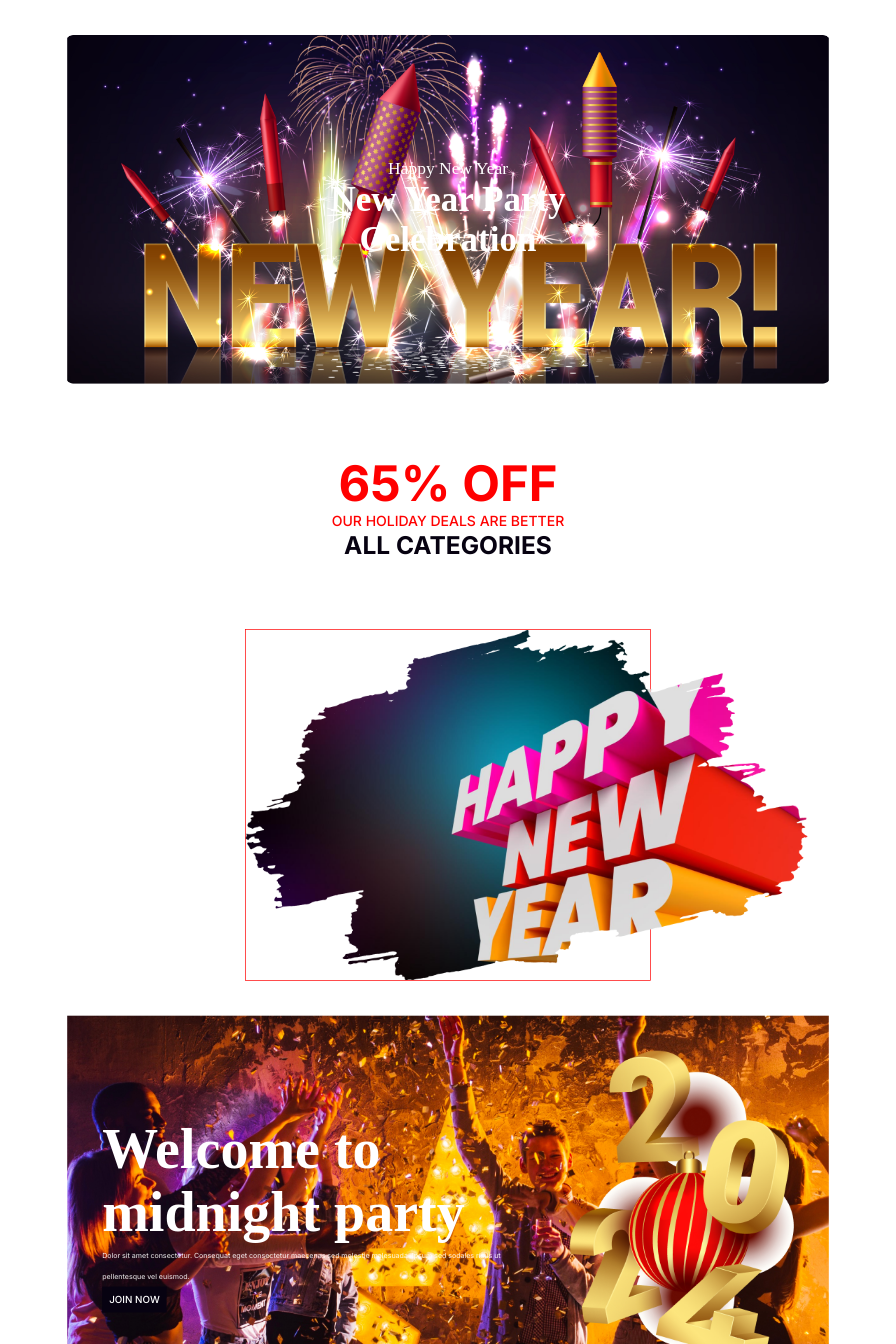
Repository: sumonkumarsarkar/new-year-2024
Page: index.html
The author's editor kept a copy of each file at every save. The page is drawn from the files as they stood at one save, then again after the next save.
The browser window is 1280 px wide. The pictures show the part of the page from y = 0 to 1920 px (the page is 5504 px tall before and 5164 px after), at 70% of full size.

Above is the page before, as saved 2024-01-08 17:53:35.

### index.html
<!DOCTYPE html>
<html lang="en">
  <head>
    <meta charset="UTF-8" />
    <meta name="viewport" content="width=device-width, initial-scale=1.0" />
    <title>Happy Nwe Year-2024</title>
    <link rel="preconnect" href="https://fonts.googleapis.com" />
    <link rel="preconnect" href="https://fonts.gstatic.com" crossorigin />
    <link
      href="https://fonts.googleapis.com/css2?family=Inter:wght@100;200;300;500;600;700&display=swap"
      rel="stylesheet"
    />

    <link rel="stylesheet" href="https://cdnjs.cloudflare.com/ajax/libs/font-awesome/6.5.1/css/all.min.css" integrity="sha512-DTOQO9RWCH3ppGqcWaEA1BIZOC6xxalwEsw9c2QQeAIftl+Vegovlnee1c9QX4TctnWMn13TZye+giMm8e2LwA==" crossorigin="anonymous" referrerpolicy="no-referrer" />
    <link rel="stylesheet" href="/style.css" />
  </head>
  <body>
    <!-- banner-section start  -->
    <header>
      <div class="container banner">
        <div class="heading-text">
          <h4>Happy New Year</h4>
          <h3>New Year Party Celebration</h3>
        </div>
      </div>
    </header>
    <!-- banner-section end  -->

    <!-- holiday deal start  -->
    <section id="holiday-deal">
      <div class="container-holiday">
        <div class="holiday-text">
          <h2>65% OFF</h2>
          <p>OUR HOLIDAY DEALS ARE BETTER</p>
          <h4>ALL CATEGORIES</h4>
        </div>
        <div class="holiday-img">
          <img src="./image/New Year Photo.png" alt="" />
        </div>
      </div>
    </section>
    <!-- holiday deal end  -->

    <section id="midnight-section">
      <div class="container midnight-banner">
        <div class="midnight-content">
          <div class="midnight-text">
            <h3>Welcome to midnight party</h3>
            <p>
              Dolor sit amet consectetur. Consequat eget consectetur maecenas
              sed molestie malesuada. Ipsum sed sodales risus ut pellentesque
              vel euismod.
            </p>
            <button type="button">JOIN NOW</button>
          </div>
          <div class="midmight-img">
            <img src="./image/Group 70.png" alt="" />
          </div>
        </div>
      </div>
    </section>

     <!-- park hotel start  -->
<section id="park-hotel">
    <div class="container park-hotel-text">
     <p>Place: New Park Hotel</p>
     <p>Date: 31 December Night 2023</p>
     <p>Time: Evening 7.30 pm to 12.30 am</p>
     <button class="park-hotel-button" type="button">JOIN NOW</button>
    </div>
</section>
 <!-- park hotel end  -->


 <!-- best offer start  -->
 <section id="best-offer">
    <div class="container best-banner">
        <div class="best-offer-text">
            <div class="offer-text">
                <h5>NEW BEST OFFER</h5>
                <h4>Coming Soon</h4>
                <p>Dolor sit amet consectetur. Consequat eget consectetur maecenas sed molestie malesuada. Ipsum sed sodales risus ut pellentesque vel euismod. </p>
            </div>
            <div class="offer-img">
                <img src="./image/Ellipse 1.png" alt="">
            </div>
            <div class="offer-text-img">
                <h3>2024</h3>
                <p>Dolor sit amet consectetur. Consequat eget consectetur maecenas sed.</p>
                <img src="./image/Group 96.png" alt="">
            </div>

        </div>
    </div>
 </section>

 <!-- best offer end  -->

 <!-- holiday best offer start  -->

 <section id="holiday-offer">
    <div class="container">
        <div class="holiday-offer-text">
            <h5>WHAT IS FUNCTIONAL</h5>
            <h3><span>Holidays</span> Sale 50%</h3>
            <p>Dolor sit amet consectetur. Consequat eget consectetur maecenas sed
                molestie malesuada. Ipsum sed sodales risus ut pellentesque vel euismod. Eleifend nunc purus quam id fermentum amet amet sit consectetur.</p>
        </div>

        <div class="holiday-img">
            <div class="div1">
                <img src="./image/Group 44.png" alt="">
            </div>
            <div class="div2">
                <img src="./image/Rectangle 1.png" alt="">
            </div>
        </div>

    </div>
 </section>
 <!-- holiday best offer end  -->

 <!-- portfolio section start  -->

<section id="fortfolio">
    <div class="container">
        <div class="protfolio-text-image">
            <div class="protfolio-text">
                   <h5>THE BEST GIFTS</h5>
                   <h4>Our Awesome Portfolio</h4>
                   <p>Dolor sit amet consectetur. Consequat eget consectetur maecenas sed molestie malesuada. Ipsum sed sodales risus ut pellentesque vel euismod. </p>
            </div>
            <div class="protfolio-image">
                <div class="image-div">
                    <img src="./image/Rectangle 3.png" alt="">
                    <img src="./image/Rectangle 4.png" alt="">
                    <img src="./image/Rectangle 5.png" alt="">
                </div>
                <div class="image-div">
                    <img src="./image/Rectangle 6.png" alt="">
                    <img src="./image/Rectangle 7.png" alt="">
                    <img src="./image/Rectangle 8.png" alt="">
                </div>

            </div>
        </div>
    </div>
</section>
 <!-- portfolio section end -->



 <section id="subscribe">
    <div class="container subscribe-banner">
        <div class="subscribe-content">
           <div class="subscribe-image">
            <img src="./image/Group 61.png" alt="">
           </div>
           <div class="subscribe-text">
            <h3>Subscribe Newsletter</h3>
            <p>Dolor sit amet consectetur. Consequat eget consectetur maecenas sed molestie malesuada. Ipsum sed sodales risus ut pellentesque vel euismod.</p>
           </div>

           <div class="subscribe-input">
            <input  type="email" placeholder="user@gmail.com">
            <button class="subscribe-button" type="submit">subscribe</button>
           </div>
        </div>
    </div>
 </section>

 <footer>
    <div class="footer-cntainer">
        <div class="footer-text">
            <div class="nornal-text">
                <p>44, Big Building Roosevelt Street</p>
                    <p>Beach Gardens Florida 33410</p>
            </div>
            <div class="icon-text">
                <p><span><i class="fa-solid fa-phone"></i></span> +00 123 584 124</p>
                <p><span><i class="fa-solid fa-globe"></i></span>www.website.com</p>
            </div>
        </div>
        <hr>
        <div class="icon-img">
           <img src="./image/Facebook.png" alt="">
           <img src="./image/Instagram.png" alt="">
           <img src="./image/Twitter.png" alt="">
           <img src="./image/Linkedin.png" alt="">
        </div>
       <div class="footer-last-text">
         <p>017, All Rights Reserved</p>
          <p>unsubscribe</p>
       </div>

    </div>
 </footer>


  </body>
</html>

### style.css
* {
    margin: 0;
    padding: 0;
}

body {
    font-family: "Inter", sans-serif;
    width:100%;
    max-width:1320px;
}

/* banner section end  */
.container {
    max-width:1240px;
    width: 85%;
    margin: 50px auto;
}

.banner {
    background-image: url(./image/Banner\ Image.png);
    background-position: center;
    background-repeat: no-repeat;
    background-size: cover;
}

.heading-text {
    text-align: center;
    justify-content: center;
    padding: 177px 300px;
}

.heading-text h3 {
    color: #fff;
    text-align: center;
    font-family: Merriweather;
    font-size: 50px;
    font-style: normal;
    font-weight: 900;
}

.heading-text h4 {
    color: #fff;
    text-align: center;
    font-family: Merriweather;
    font-size: 25px;
    font-style: normal;
    font-weight: 400;
    line-height: normal;
}

/* banner section end  */

/* holiday -section start  */
.container-holiday {
    width: 85%;
    max-width: 680px;
    margin: 0 auto;
}

.holiday-text {
    text-align: center;
    justify-content: center;
    padding: 50px 50px;
    margin: 50px;
}

.holiday-text h2 {
    color: #f00;
    text-align: center;
    font-family: Inter;
    font-size: 70px;
    font-style: normal;
    font-weight: 700;
    line-height: normal;
}

.holiday-text p {
    color: #f00;

    text-align: center;
    font-family: Inter;
    font-size: 20px;
    font-style: normal;
    font-weight: 500;
    line-height: normal;
}

.holiday-text h4 {
    color: #070211;

    text-align: center;
    font-family: Inter;
    font-size: 35px;
    font-style: normal;
    font-weight: 700;
    line-height: normal;
}

.holiday-img {
    text-align: center;
    justify-content: center;
    width: 680px;
    height: 500px;
}

/* holiday -section start  */

/* midnight party start  */

.midnight-banner {
    background-image: url("./image/Vectorrr.png");
    background-position: center;
    background-repeat: no-repeat;
    background-size: cover;
}

.midnight-content {
    display: flex;
    justify-content: space-between;
    align-items: center;
}

.midnight-text {
    padding: 50px 0px 50px 50px;
    align-items: center;
}

.midnight-text h3 {
    align-items: center;
    color: #fff;
    font-family: Merriweather;
    font-size: 80px;
    font-style: normal;
    font-weight: 900;


}

.midnight-text p {
color: rgba(255, 255, 255, 0.80);
font-family: Inter;
font-size: 10px;
font-style: normal;
font-weight: 400;
line-height: 30px;
}

button {
    color: #FFF;
    text-align:center;
    font-family: Inter;
    font-size: 14px;
    font-style:normal;
    font-weight: 400;
    line-height: normal;
    text-transform:uppercase;
    background: #070211;
    border:none;
    padding: 10px 10px;
}

.midmight-img{
    padding:50px 50px ;
}

/* midnight party end */




/* park hotel start */

.park-hotel-text{
 background: linear-gradient(180deg, rgba(255, 0, 0, 0.10) 0%, rgba(255, 0, 0, 0.00) 100%);
 text-align: center;
 margin:0 auto;
 padding: 100px 0px;
}

.park-hotel-button{
color: #FFF;
text-align: center;
font-family: Inter;
font-size: 13px;
font-style: normal;
font-weight: 700;
line-height: normal;
text-transform: uppercase;
background: #f00;
margin-top: 20px;


}
/* park hotel end */


/* best offer start  */

.best-offer-text{
    display: flex;
    justify-content: space-between;
    align-items: center;
}
.best-banner{
    background: #FFF;
    margin-top: 50px;
}
.offer-text h5{
color: #F00;
font-family: Inter;
font-size: 16px;
font-style: normal;
font-weight: 500;
line-height: normal;
}
.offer-text h4{
    color: #070211;
    font-family: Merriweather;
    font-size:30px;
    font-style: normal;
    font-weight: 900;
    line-height: normal;
    text-transform: capitalize;
}
.offer-text p{
color: rgba(7, 2, 17, 0.60);
font-family: Inter;
font-size: 14px;
font-style: normal;
font-weight: 400;
padding: 10px 100px 10px 0px;

}
.offer-img img{
border-radius:200px;
border: 10px solid #F00;
padding: 10px;
width: 250px;

}
.offer-text-img{
    text-align: center;

}
.offer-text-img h3{
font-size: 48px;
font-style: normal;
font-weight: 700;
line-height: normal;
color: #f00;
padding-bottom: 20px;

}
.offer-text-img p{
    color: rgba(7, 2, 17, 0.60);

    font-family: Inter;
    font-size: 16px;
    font-style: normal;
    font-weight: 400;
    padding-bottom: 20px;

}



/* best offer end */

 /* holiday offer section start  */
.holiday-offer-text{
    text-align: center;
}
.holiday-offer-text h5{
font-size: 16px;
font-style: normal;
font-weight: 500;
line-height: normal;
padding: 5px 200px;
}
.holiday-offer-text h3{
    color: #070211;
    font-family: Merriweather;
    font-size: 40px;
    font-style: normal;
    font-weight: 900;
    line-height: normal;
    padding: 5px 200px;
}
.holiday-offer-text p{
color: rgba(7, 2, 17, 0.60);
text-align: center;
font-family: Inter;
font-size: 16px;
font-style: normal;
font-weight: 500;
padding: 5px 100px;
}
span{
    color: #f00;
}

.holiday-img{
    margin: 0 auto;
    border: 1px solid red;
    max-width: 1140px;
    width: 85%;
}




 /* holiday offer section end  */

/* portfolio section start  */

.protfolio-text h5{
color: #F00;
font-family: Inter;
font-size: 16px;
font-style: normal;
font-weight: 500;
line-height: normal;
margin-bottom: 10px;
}
.protfolio-text h4{
    color: #070211;
    font-family: Merriweather;
    font-size: 30px;
    font-style: normal;
    font-weight: 900;
    line-height: normal;
    text-transform: capitalize;
    margin-bottom: 10px;
}
.protfolio-text p{
color: rgba(7, 2, 17, 0.60);
font-family: Inter;
font-size: 20px;
font-style: normal;
font-weight: 400;
line-height: 32px;
margin-bottom: 10px;
}
.image-div{
    display: flex;
    justify-content:space-between;
    margin: 10px 0;

}

.image-div img{
   width:350px;
   height: 350px;

}
/* portfolio section end  */


/* subscribe section start  */

.subscribe-banner{
border-radius:16px;
background: rgba(255, 0, 0, 0.05);

}
.subscribe-content{
padding:100px 0;
text-align: center;
}
.subscribe-text h3{
color: #070211;
text-align: center;
font-family: Merriweather;
font-size:40px;
font-style: normal;
font-weight: 900;
line-height: normal;
text-transform: capitalize;
}
.subscribe-text p{
    color: rgba(7, 2, 17, 0.60);
    text-align: center;
    font-family: Inter;
    font-size: 16px;
    font-style: normal;
    font-weight: 400;
    line-height: 32px;
    padding: 10px 100px;
}

.subscribe-button{
color: #FFF;
text-align: center;
font-family: Inter;
font-size: 18px;
font-style: normal;
font-weight: 600;
line-height: normal;
text-transform: capitalize;
background: #F00;
border-radius:0px 50px 50px 0px;

}

.subscribe-input input{
display:inline-block;
border:none;
padding:15px;
width: 250px;
border-radius:50px 0px 0px 50px;
}
/* subscribe section end  */



/* footer section start  */
.footer-cntainer{
    width:100%;
    max-width:1320px;
    background: #070211;


}
.nornal-text p{
font-size: 16px;
font-style: normal;
font-weight: 500;
line-height: 40px;
color: #FFF;
}
.footer-text{
    display: flex;
    margin: 0 auto;
    justify-content: space-around;
    padding:50px 100px;


}
.icon-img{
    display: flex;
    justify-content: center;
    align-items: center;
    margin-top:50px;
}
.icon-img img{
    margin: 10px;
}
.icon-text{
 font-size: 16px;
font-style: normal;
font-weight: 500;
line-height: 40px;
color: #FFF;
}

.footer-last-text{
    display: flex;
    justify-content: space-between;
}
.footer-last-text p{
padding: 100px;
font-size: 16px;
font-style: normal;
font-weight: 500;
line-height: normal;
color: #FFF;
}
hr{
    width: 50%;
    color: #8f3f3f;
    margin: 0 auto;

}

/* footer section end  */

After the next save:
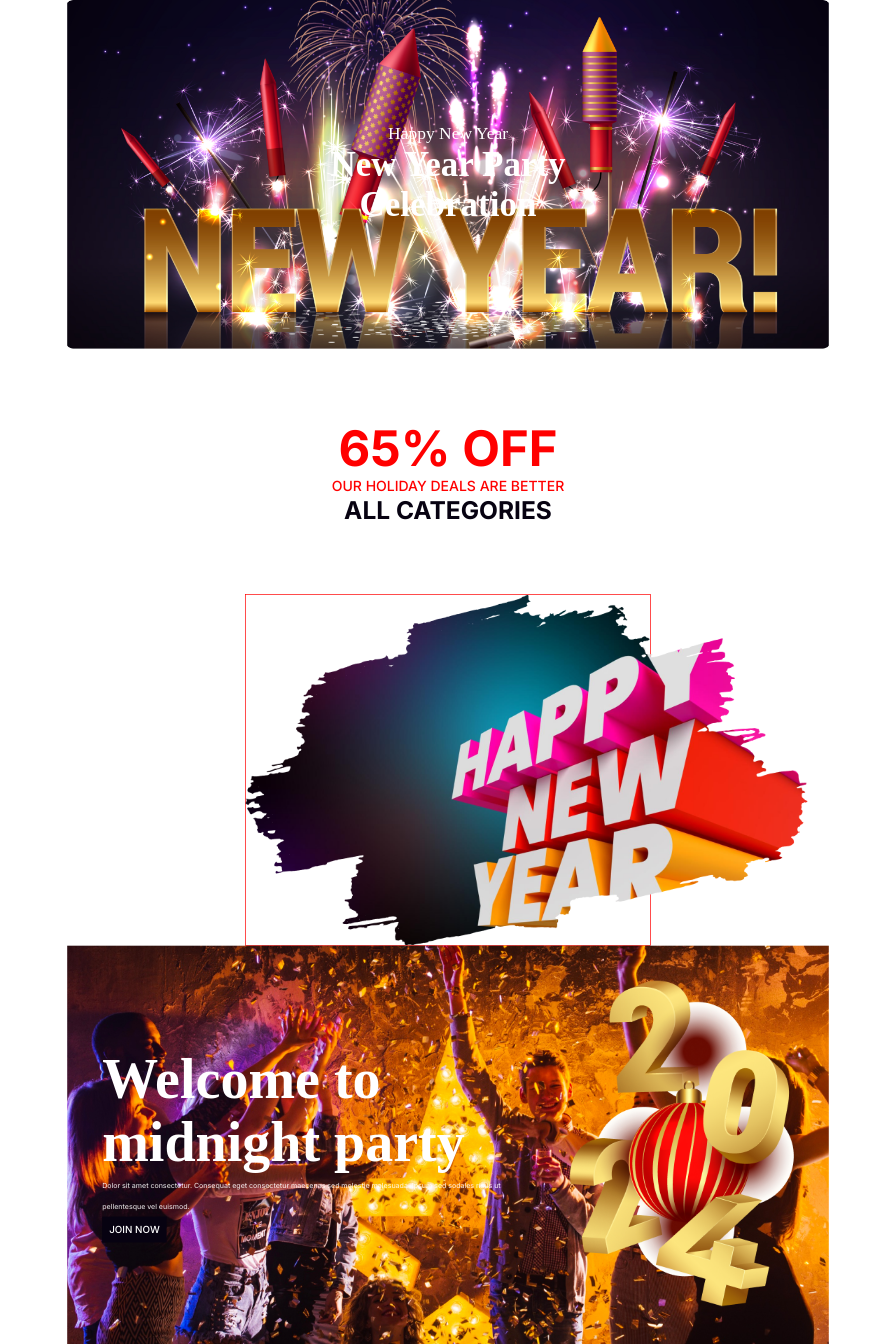
Saved 46 s later.
--- a/style.css
+++ b/style.css
@@ -10,10 +10,10 @@
 }
 
 /* banner section end  */
-.container {
+.container{
     max-width:1240px;
     width: 85%;
-    margin: 50px auto;
+    margin:0 auto;
 }
 
 .banner {

After the save that followed:
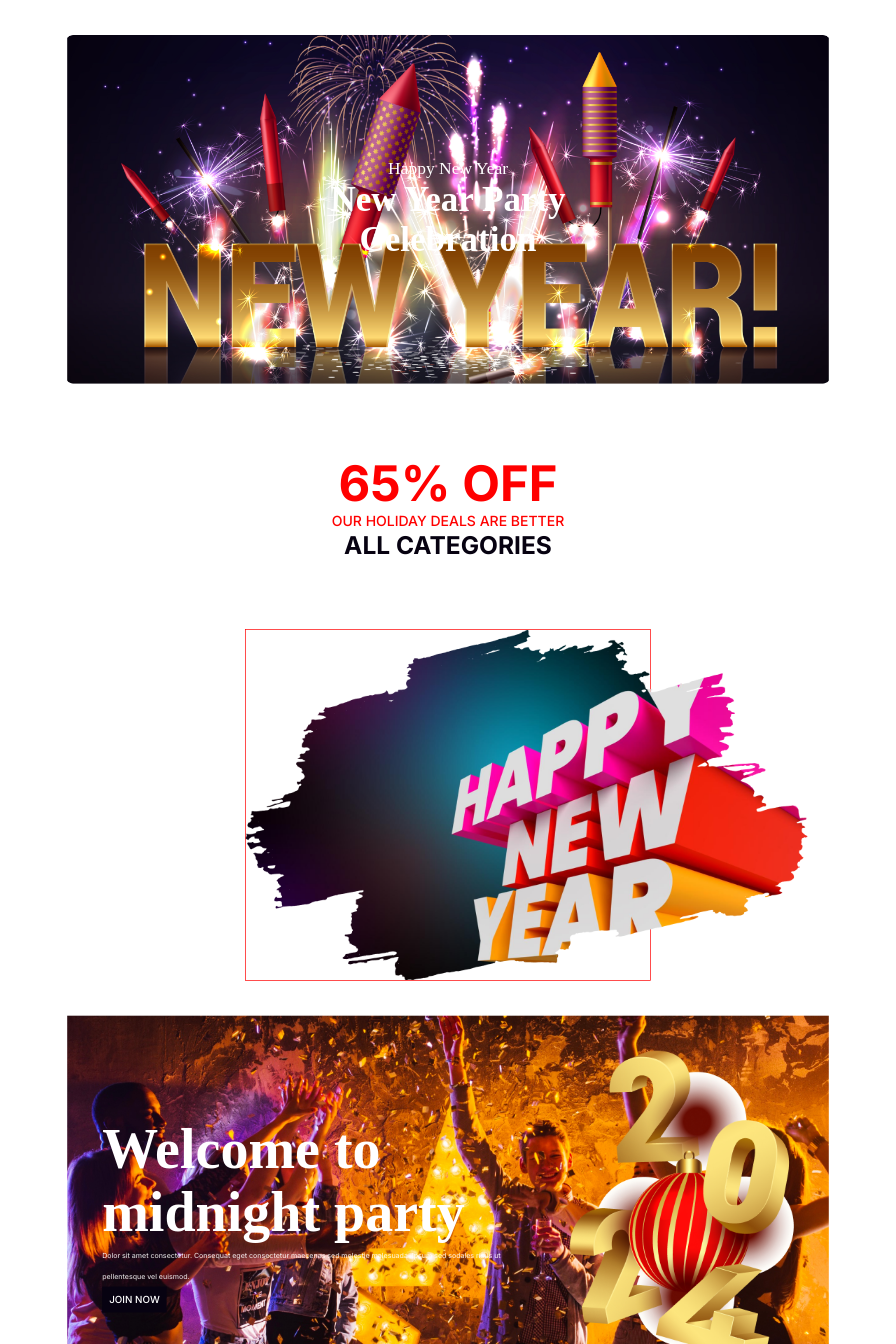
Saved 21 s later.
--- a/style.css
+++ b/style.css
@@ -13,7 +13,7 @@
 .container{
     max-width:1240px;
     width: 85%;
-    margin:0 auto;
+    margin: 50px auto;
 }
 
 .banner {
